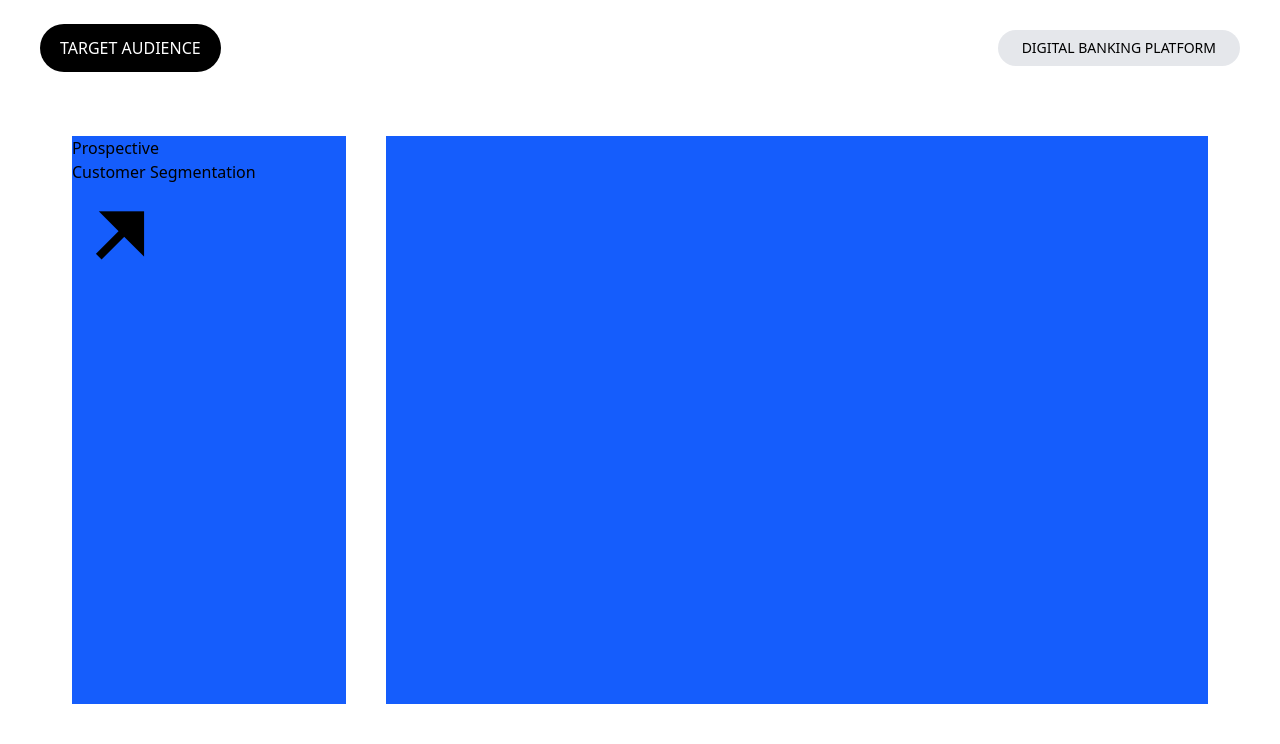
Repository: Mohitkumar1322/ReactTut
Page: / (app in projectSher1/)
An editor plug-in stored every save of this project. The page is shown before and after the next save, followed by the edit.
The browser window is 1280 px wide. The pictures show the whole page.
The project was rebuilt for these pictures with package versions that can differ from the ones it lists, and the page was loaded fresh each time. Also part of the build but not shown: projectSher1/vite.config.js.

Above is the page before, as saved 2025-11-16 14:04:58.

### projectSher1/src/App.jsx
import React from 'react'
import Section1 from './components/Section1/Section1'
import Section2 from './components/Section2/Section2'

export default function App() {
  return (
    <div>
      <Section1 />
      <Section2 />
    </div>
  )
}

### projectSher1/src/components/Section1/Section1.jsx
import React from 'react'
import Navbar from './Navbar'
import Page1Content from './Page1Content'

const Section1 = () => {
  return (
    <div>
      <Navbar />
      <Page1Content />
    </div>
  )
}

export default Section1

### projectSher1/src/components/Section2/Section2.jsx
import React from 'react'

const Section2 = () => {
  return (
    <div >


    </div>
  )
}

export default Section2

### projectSher1/src/components/Section1/Navbar.jsx
import React from 'react'

const Navbar = () => {
  return (
    <div className='flex justify-between items-center py-6 px-10 '>
        <h4 className='bg-black text-white px-5 py-3 uppercase rounded-full '>Target Audience</h4>
        <button className='bg-gray-200 px-6 py-2 uppercase rounded-full text-sm'> Digital Banking Platform</button>

    </div>
  )
}

export default Navbar

### projectSher1/src/components/Section1/Page1Content.jsx
import React from 'react'
import LeftContent from './LeftContent'
import RightContent from './RightContent'

const Page1Content = () => {
  return (
    <div className='py-10 flex items-center gap-10 justify-between px-18 h-[90vh] '>

      <LeftContent />
      <RightContent />

    </div>
  )
}

export default Page1Content

### projectSher1/src/components/Section1/LeftContent.jsx
import React from 'react'

const LeftContent = () => {
  return (
    <div className='h-full w-1/4 bg-blue-600'>
      <div>
        <h3>
            Prospective<br></br> <span>Customer</span> Segmentation
        </h3>
      </div>
      <div className='text-8xl'>
        <i className="ri-arrow-right-up-fill"></i>
      </div>
    </div>
  )
}

export default LeftContent

### projectSher1/src/components/Section1/RightContent.jsx
import React from 'react'
import 'remixicon/fonts/remixicon.css';

const RightContent = () => {
  return (
    <div className='h-full w-3/4 bg-blue-600'>

    </div>
  )
}

export default RightContent

Loaded but not shown: projectSher1/index.html (common file); projectSher1/src/main.jsx (common file); projectSher1/src/index.css (common file)

After the next save:
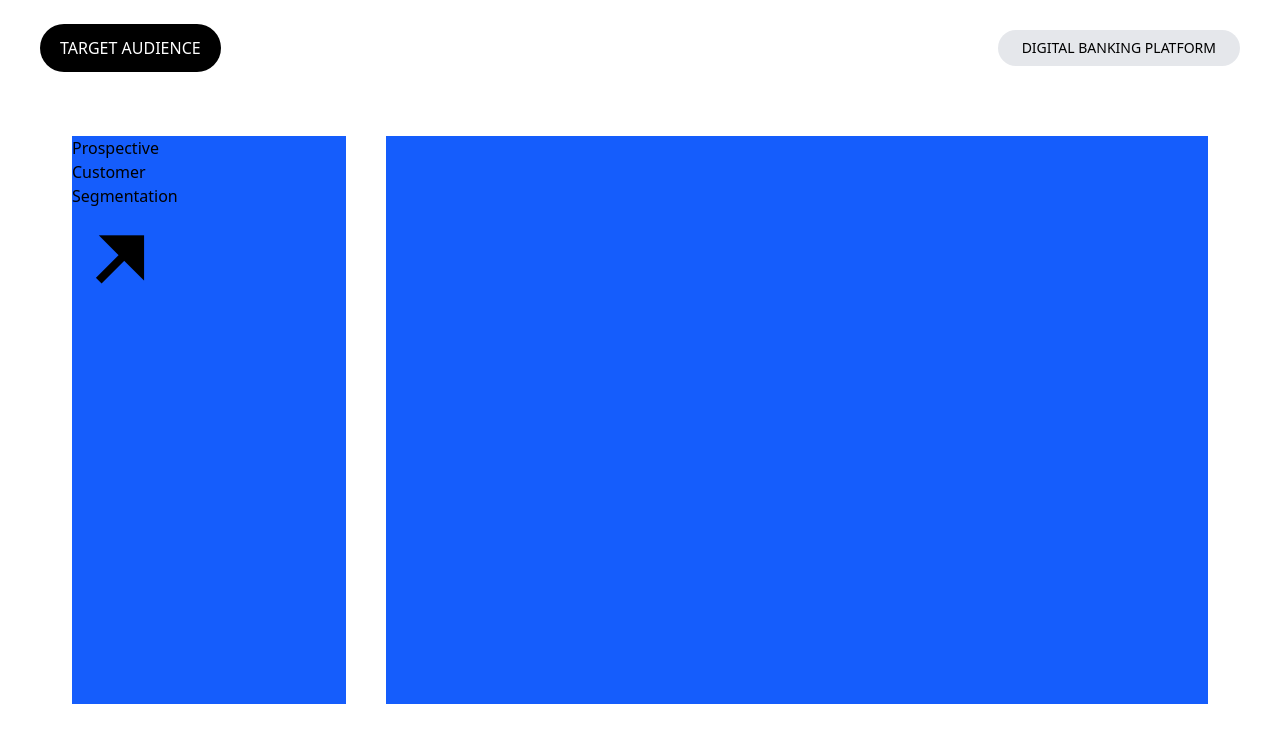
Saved 20 s later.
--- a/projectSher1/src/components/Section1/LeftContent.jsx
+++ b/projectSher1/src/components/Section1/LeftContent.jsx
@@ -5,7 +5,7 @@ const LeftContent = () => {
     <div className='h-full w-1/4 bg-blue-600'>
       <div>
         <h3>
-            Prospective<br></br> <span>Customer</span> Segmentation
+            Prospective<br></br> <span>Customer</span> <br />Segmentation
         </h3>
       </div>
       <div className='text-8xl'>
